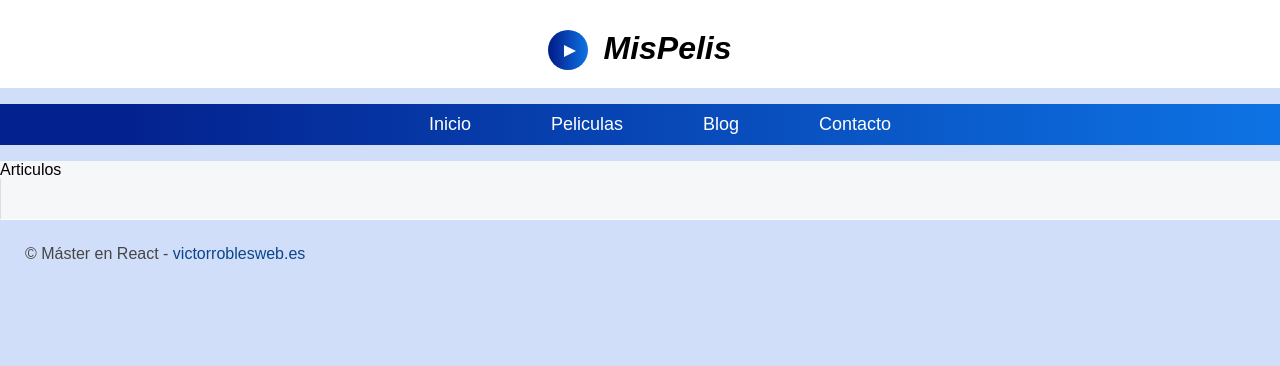
Repository: DamianBermudez94/frondEnd-blog
Page: /articulos
These files come from the project's save history. The page is drawn as it stood at one moment and after the next save; the edit follows.
The browser window is 1280 px wide. The pictures show the whole page.
The project was rebuilt for these pictures with package versions that can differ from the ones it lists, and the page was loaded fresh each time. Also part of the build but not shown: vite.config.js, src/components/pages/Inicio.jsx, src/components/pages/Busqueda.jsx, src/components/pages/Crear.jsx, src/components/pages/Articulo.jsx.

Above is the page before, as saved 2023-08-07 19:25:52.

After the next save:
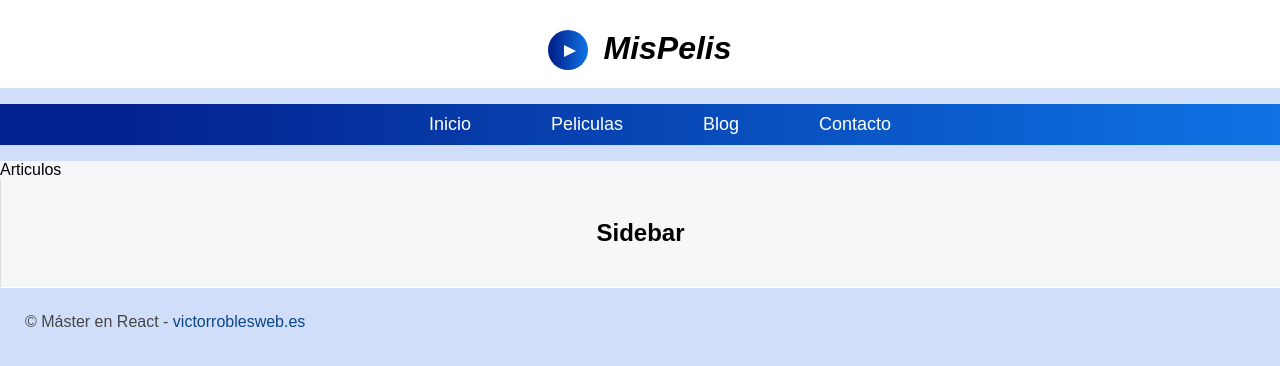
Saved 15 s later.
--- a/src/components/layout/Sidebar.jsx
+++ b/src/components/layout/Sidebar.jsx
@@ -6,7 +6,7 @@ export const Sidebar = () => {
            {/*Barra lateral*/}
            <aside className="lateral">
 
-
+            <h1>Sidebar</h1>
 
         </aside>
     </div>
